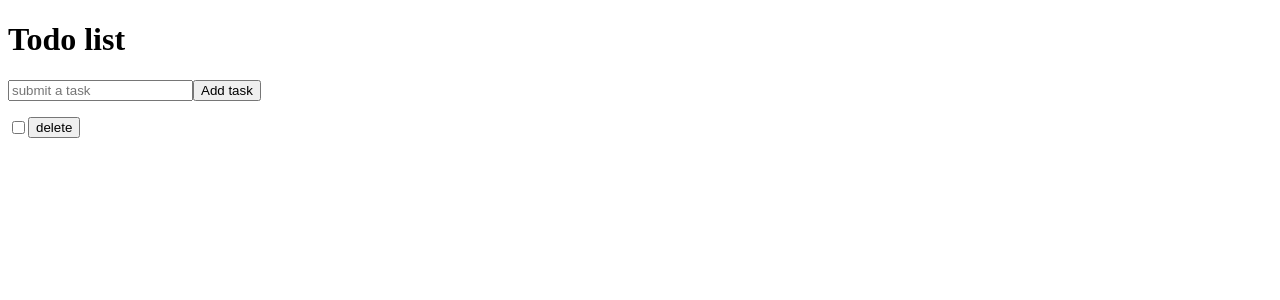
Repository: Ylan-sayada/todo-list
Page: /, after clicking the first element matching `button`
An editor plug-in stored every save of this project. The page is shown before and after the next save, followed by the edit.
The browser window is 1280 px wide. The pictures show the whole page.
The project was rebuilt for these pictures with package versions that can differ from the ones it lists, and the page was loaded fresh each time.

Above is the page before, as saved 2021-05-28 15:14:59.

### src/index.js
import React from 'react';
import ReactDOM from 'react-dom';
import App from './App.jsx';
ReactDOM.render(
  <React.StrictMode>
    <App />
  </React.StrictMode>,
  document.getElementById('root')
);

### src/App.jsx
import React from 'react';
import TodoContainer from './components/TodoContainer';

function App() {
  return (
    <div className="App">
      <header className="App-header">
       <h1>Todo list</h1>
       <TodoContainer/>
      </header>
    </div>
  );
}

export default App;

### src/components/TodoContainer.jsx
import React,{useReducer} from 'react'
import TodoInput from './TodoInput';
import TodoContent from './TodoContent';

function reducer(state, action) {
    switch (action.type) {
      case 'add':
        return [...state,{
            id:state.length,
            taskName: action.payload,
            isAccomplished: false
        }];
      case 'delete':
         return state.filter(task => action.id !== task.id);
      default:
        throw new Error();
    }
  }

  let initReducer = [];

export default function TodoContainer() {
    let [tasks,dispatchTask] = useReducer(reducer,initReducer);
    let addItem = (task) =>{
         dispatchTask({type:'add',payload:task})
    }
    let deleteItem = (task) =>{
        dispatchTask({type:'del',payload:task})
   }
    console.log(tasks);
    return (
        <div>
       <TodoInput onClickHandler={addItem}/>
       <TodoContent del={deleteItem} taskList={tasks}/>
        </div>
    )
}

### src/components/TodoInput.jsx
import React,{useRef} from 'react'

export default function TodoInput(props) {
    let input  = useRef(null);
    let onClickHandler = () =>{
        props.onClickHandler(input.current.value);
    }
    return (
        <div>
            <input ref={input} type="text" placeholder="submit a task" />
            <button onClick={onClickHandler}>Add task</button>
        </div>
    )
}

### src/components/TodoContent.jsx
import React from 'react'

export default function TodoContent(props) {
    let deleteItem = (id) =>{
        console.log(id);
    }
    let taskList = props.taskList.map((task,id)=>{
        return (
        <div key={id} style={{display:"flex",justifyContent:"space-between"}}>
            <p style={{display:"flex",justifyContent:"space-between"}}>{task.taskName}<input type="checkbox"/><button onClick={()=>deleteItem(task.id)}>delete</button></p>
        </div>
        )
    })
    return (
        <div>
        {taskList}
        </div>
    )
}

Loaded but not shown: public/index.html (common file)

After the next save:
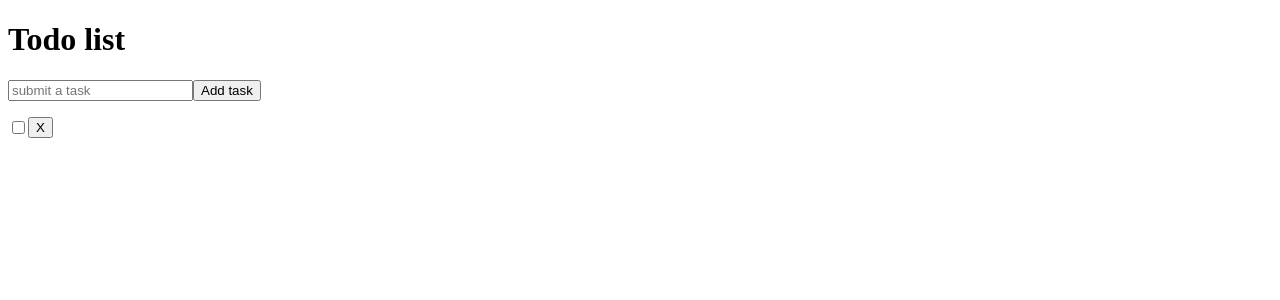
Saved 9 s later.
--- a/src/components/TodoContent.jsx
+++ b/src/components/TodoContent.jsx
@@ -7,7 +7,7 @@ export default function TodoContent(props) {
     let taskList = props.taskList.map((task,id)=>{
         return (
         <div key={id} style={{display:"flex",justifyContent:"space-between"}}>
-            <p style={{display:"flex",justifyContent:"space-between"}}>{task.taskName}<input type="checkbox"/><button onClick={()=>deleteItem(task.id)}>delete</button></p>
+            <p style={{display:"flex",justifyContent:"space-between"}}>{task.taskName}<input type="checkbox"/><button onClick={()=>deleteItem(task.id)}>X</button></p>
         </div>
         )
     })
